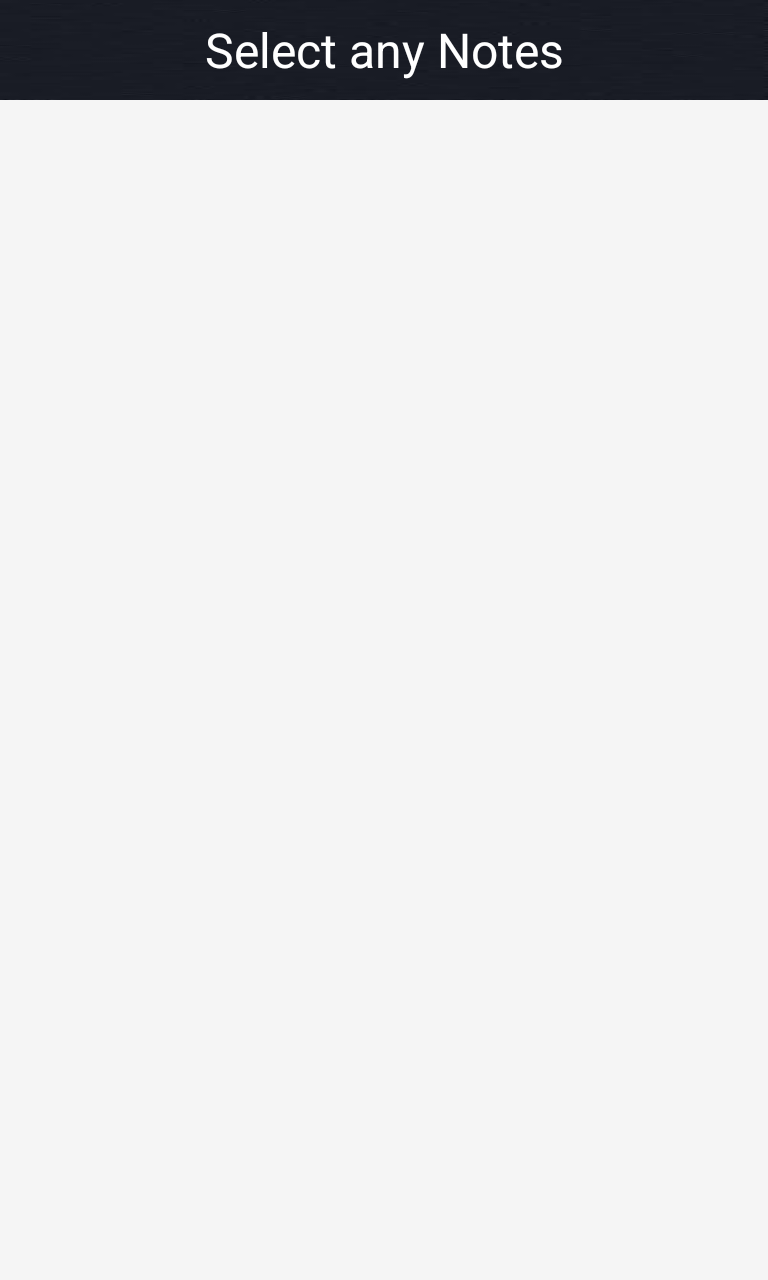
Repository: AdityaKiet/android-work2
Layout: UPTUQuestionBank/res/layout/notes.xml
An editor plug-in stored every save of this project. The layout is shown before and after a run of saves, followed by the edit.
It is drawn on a 768 x 1280 px phone screen (xhdpi) without system bars, with theme AppTheme; the app's code is not run. Lists and similar views that code fills are empty.

Above is the layout before, as saved 2015-05-01 07:40:52.

### UPTUQuestionBank/res/layout/notes.xml
<?xml version="1.0" encoding="utf-8"?>
<LinearLayout xmlns:android="http://schemas.android.com/apk/res/android"
    android:layout_width="fill_parent"
    android:layout_height="fill_parent"
    android:background="#f5f5f5"
    android:orientation="vertical" >

    <TextView
        android:layout_width="fill_parent"
        android:layout_height="50dp"
        android:layout_gravity="center"
        android:background="@drawable/blackback"
        android:gravity="center"
        android:text="Select any Notes"
        android:textColor="#ffffff"
        android:textSize="24sp" />

    <EditText
        android:id="@+id/etInputSearch"
        android:layout_width="fill_parent"
        android:layout_height="35dp"
        android:layout_marginBottom="5dp"
        android:layout_marginLeft="3dp"
        android:layout_marginRight="3dp"
        android:background="@drawable/edittext_top_bg"
        android:hint="Search Tests"
        android:visibility="gone" />

    <!-- <ListView
        android:id="@+id/listNotes"
        android:layout_width="fill_parent"
        android:layout_height="wrap_content"
        android:divider="@android:color/transparent"
        android:dividerHeight="10dp" /> -->

</LinearLayout>

### UPTUQuestionBank/res/drawable-hdpi/edittext_top_bg.xml
<?xml version="1.0" encoding="utf-8"?>
<shape xmlns:android="http://schemas.android.com/apk/res/android"
    android:padding="10dp"
    android:shape="rectangle" >

    <solid android:color="#FFFFFF" />

    <stroke
        android:width="1dp"
        android:color="#c0c0c0" />

</shape>

Loaded but not shown: UPTUQuestionBank/res/values/styles.xml (common file); UPTUQuestionBank/res/values-v11/styles.xml (common file); UPTUQuestionBank/res/values-v14/styles.xml (common file)

After the next 2 saves:
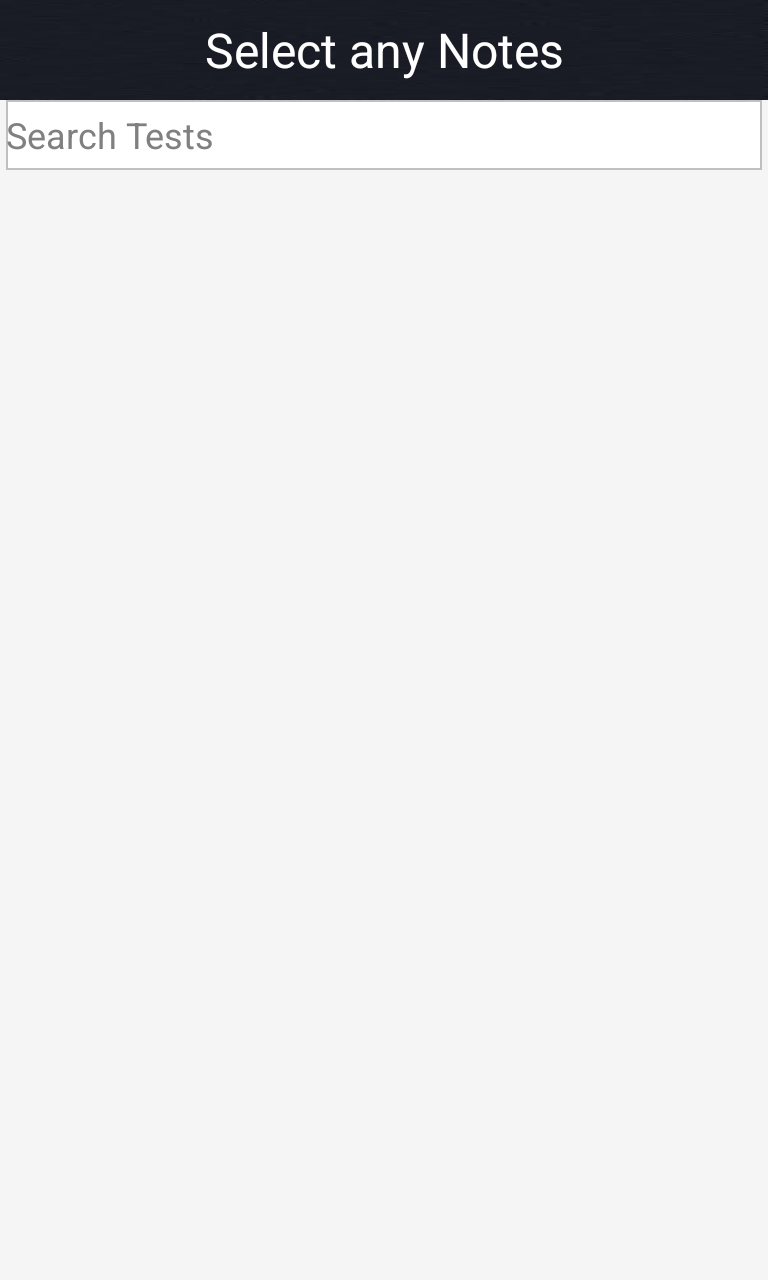
The 2 saves are shown as one change because they came seconds apart.
The last was saved 12 s later.
--- a/UPTUQuestionBank/res/layout/notes.xml
+++ b/UPTUQuestionBank/res/layout/notes.xml
@@ -24,13 +24,13 @@
         android:layout_marginRight="3dp"
         android:background="@drawable/edittext_top_bg"
         android:hint="Search Tests"
-        android:visibility="gone" />
+        android:visibility="visible" />
 
-    <!-- <ListView
+    <ListView
         android:id="@+id/listNotes"
         android:layout_width="fill_parent"
         android:layout_height="wrap_content"
         android:divider="@android:color/transparent"
-        android:dividerHeight="10dp" /> -->
+        android:dividerHeight="10dp" />
 
 </LinearLayout>
